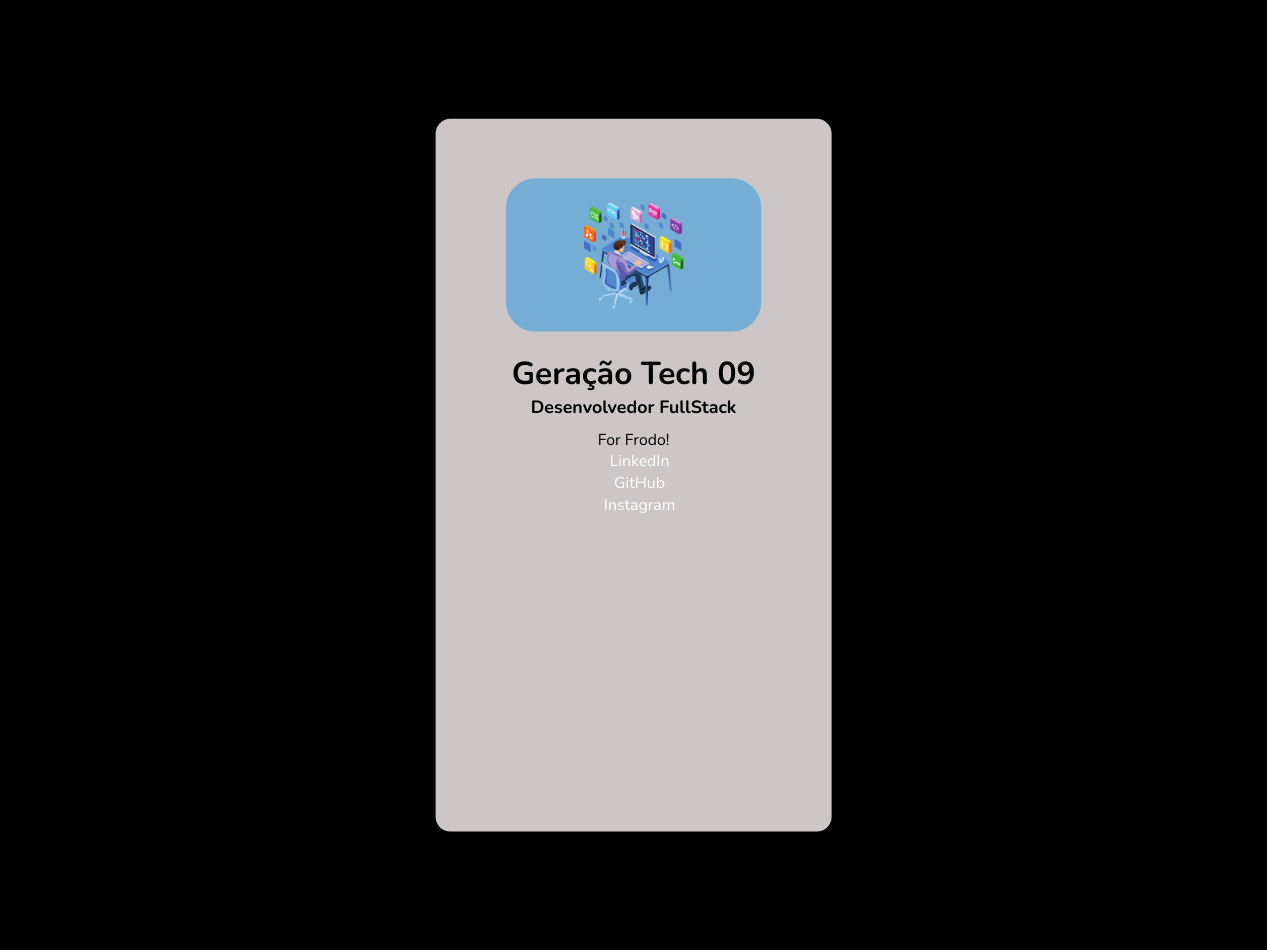
Repository: medeirosregis/linktree-gt09
Page: index.html
The author's editor kept a copy of each file at every save. The page is drawn from the files as they stood at one save, then again after the next save.
The browser window is 1280 px wide. The pictures show the whole page, at 99% of full size.

Above is the page before, as saved 2025-04-11 09:01:52.

After the next save:
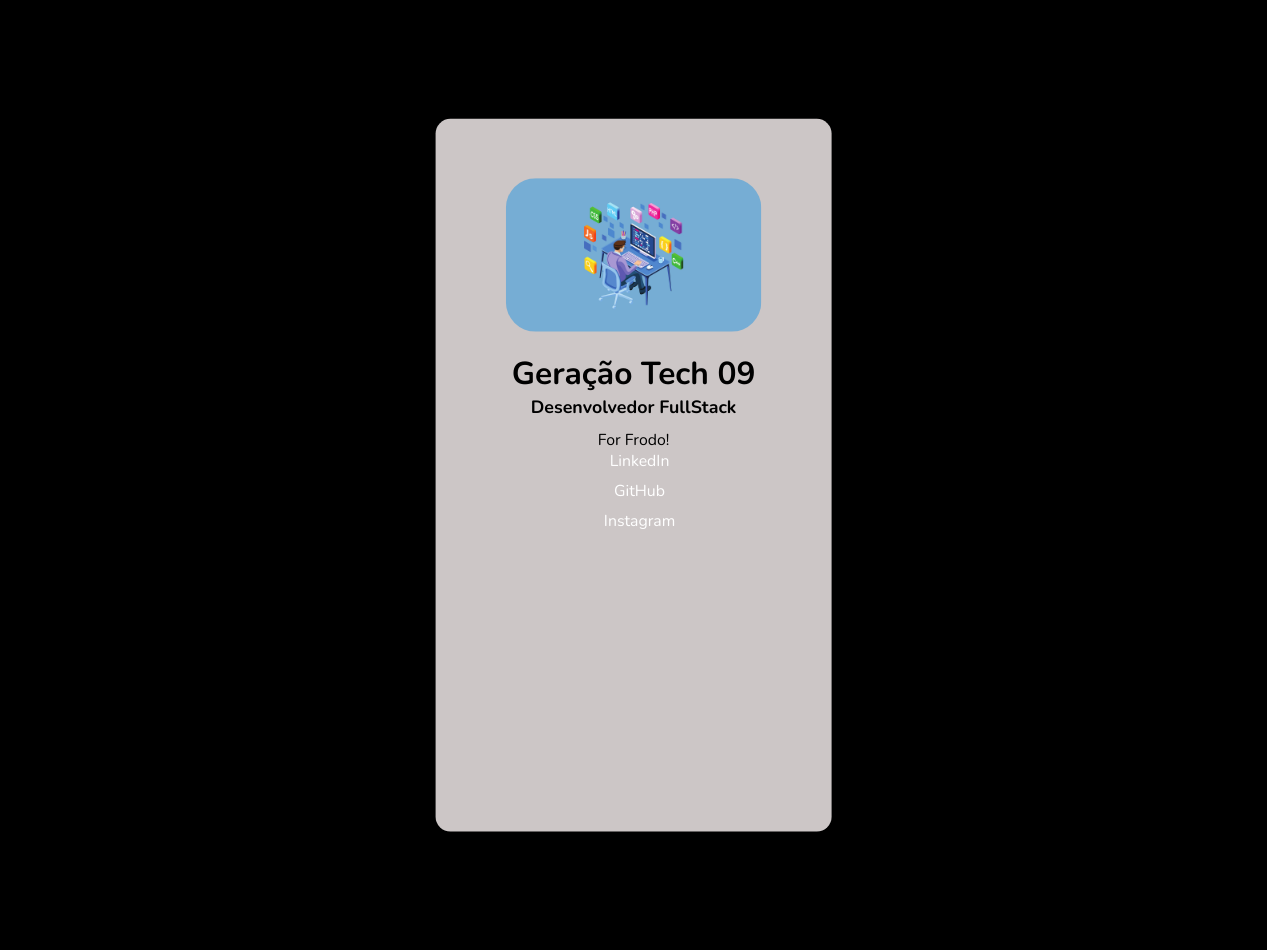
Saved 11 s later.
--- a/style.css
+++ b/style.css
@@ -49,5 +49,6 @@
 }
 .container-social li {
     width: 272px;
-    height: ;
+    height: 30px;
+
 }
